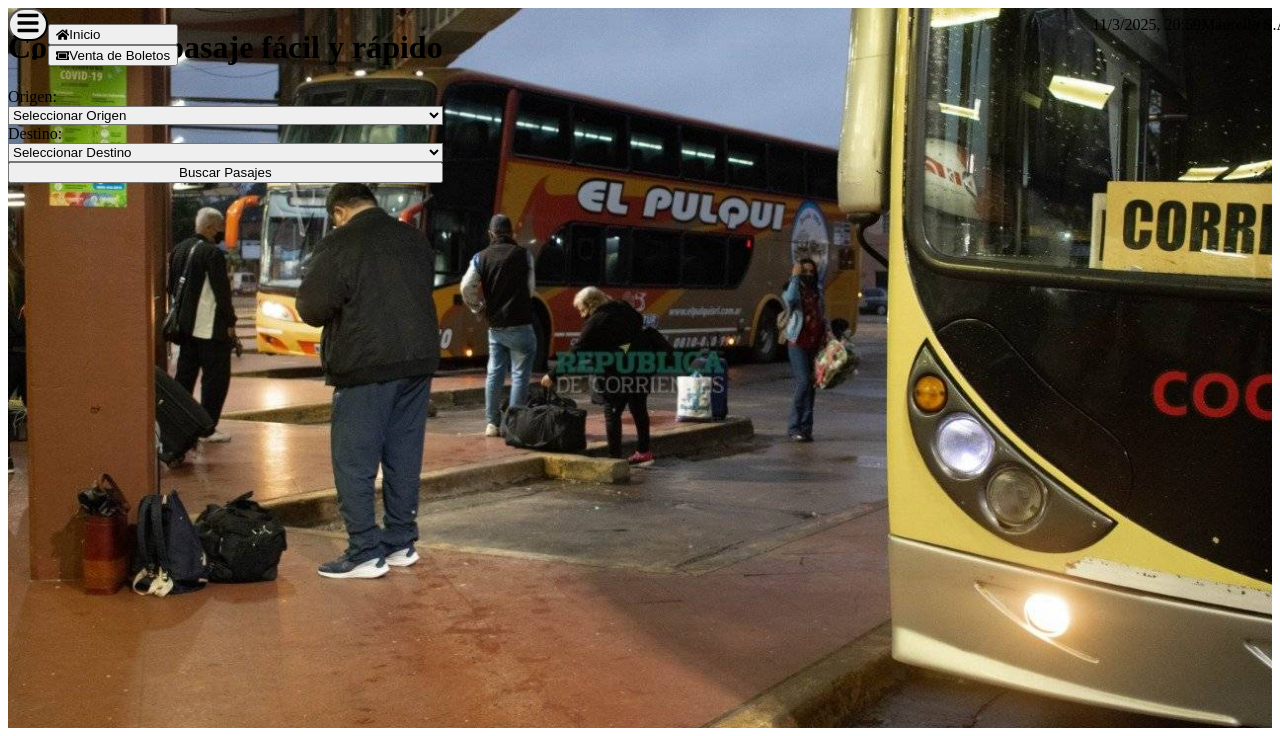
Repository: francoluca35/ventaboletos
Page: /ventaboleto
These files come from the project's save history. The page is drawn as it stood at one moment and after the next save; the edit follows.
The browser window is 1280 px wide. The pictures show the whole page.
The page's requests for data from a server got no answer. The project was rebuilt for these pictures with package versions that can differ from the ones it lists, and the page was loaded fresh each time. The framework's server and built-in components were replaced by stand-ins that run in the browser. No one was signed in, and anything a server would have sent is missing. Also part of the build but not shown: next.config.mjs.

Above is the page before, as saved 2025-03-17 16:47:20.

### src/app/layout.js
import { Geist, Geist_Mono } from "next/font/google";
import "./globals.css";
import "./style/tailwinds.css"
const geistSans = Geist({
  variable: "--font-geist-sans",
  subsets: ["latin"],
});

const geistMono = Geist_Mono({
  variable: "--font-geist-mono",
  subsets: ["latin"],
});

export const metadata = {
  title: "Create Next App",
  description: "Generated by create next app",
};

export default function RootLayout({ children }) {
  return (
    <html lang="en">
      <body
        className={`${geistSans.variable} ${geistMono.variable} antialiased`}
      >
        {children}
      </body>
    </html>
  );
}

### src/app/ventaboleto/page.js
"use client";

import { useState, useEffect } from "react";
import Sidebar from "@/app/components/Sidebar";
import axios from "axios";

export default function VentaBoleto() {
  const [origen, setOrigen] = useState("");
  const [destino, setDestino] = useState("");
  const [fechaDesde, setFechaDesde] = useState("");
  const [fechaHasta, setFechaHasta] = useState("");
  const [pasajes, setPasajes] = useState([]);
  const [origenesDisponibles, setOrigenesDisponibles] = useState([]);
  const [destinosDisponibles, setDestinosDisponibles] = useState([]);

  useEffect(() => {
    axios.get("http://localhost:5000/api/tickets")
      .then(response => {
        setPasajes(response.data);
        setOrigenesDisponibles([...new Set(response.data.map(ticket => ticket.origen))]);
        setDestinosDisponibles([...new Set(response.data.map(ticket => ticket.destino))]);
      })
      .catch(error => console.error("Error cargando viajes:", error));
  }, []);

  const buscarPasajes = () => {
    const resultados = pasajes.filter(ticket =>
      (origen ? ticket.origen.includes(origen) : true) &&
      (destino ? ticket.destino.includes(destino) : true) &&
      (!fechaDesde || new Date(ticket.fechaDesde) >= new Date(fechaDesde)) &&
      (!fechaHasta || new Date(ticket.fechaHasta) <= new Date(fechaHasta))
    );
    setPasajes(resultados);
  };

  return (
    <div className="relative w-full h-screen bg-cover bg-center" style={{ backgroundImage: "url('/Assets/fondo-pasajes.jpg')" }}>
      <Sidebar />
      <div className="absolute inset-0 bg-black bg-opacity-50 flex flex-col justify-center items-center">
        <h1 className="text-white text-4xl font-bold mb-6">Compra tu pasaje fácil y rápido</h1>

        <div className="bg-white p-6 rounded-lg shadow-lg w-full max-w-2xl">
          <div className="grid grid-cols-1 md:grid-cols-2 gap-4">
            <div>
              <label className="block text-gray-700">Origen:</label>
              <select className="w-full p-2 border rounded" value={origen} onChange={(e) => setOrigen(e.target.value)}>
                <option value="">Seleccionar Origen</option>
                {origenesDisponibles.map((origen, index) => (
                  <option key={index} value={origen}>{origen}</option>
                ))}
              </select>
            </div>

            <div>
              <label className="block text-gray-700">Destino:</label>
              <select className="w-full p-2 border rounded" value={destino} onChange={(e) => setDestino(e.target.value)}>
                <option value="">Seleccionar Destino</option>
                {destinosDisponibles.map((destino, index) => (
                  <option key={index} value={destino}>{destino}</option>
                ))}
              </select>
            </div>
          </div>

          <button onClick={buscarPasajes} className="w-full bg-blue-600 text-white p-3 rounded mt-4">Buscar Pasajes</button>
        </div>
      </div>
    </div>
  );
}

### src/app/components/Sidebar.js
"use client";
import { useState, useEffect } from "react";
import { useRouter } from "next/navigation";
import { FaBars, FaTimes, FaHome, FaTicketAlt } from "react-icons/fa";

const Sidebar = () => {
  const [isOpen, setIsOpen] = useState(false);
  const [time, setTime] = useState(new Date());
  const router = useRouter();

  // Actualizar la hora cada segundo
  useEffect(() => {
    const interval = setInterval(() => {
      setTime(new Date());
    }, 1000);
    return () => clearInterval(interval);
  }, []);

  // Formatear la hora
  const formatTime = (date) => {
    return date.toLocaleTimeString("es-ES", { hour: "2-digit", minute: "2-digit" });
  };

  const formatDate = (date) => {
    return date.toLocaleDateString("es-ES", {  day: "numeric", month: "numeric", year:"numeric" });
  };

  const handleNavigation = (path) => {
    setIsOpen(false);
    router.push(path);
  };

  return (
    <div>
      {/* Header Fijo */}
      <div className="fixed top-0 left-0 w-full bg-cyan-700 text-black shadow-md flex justify-between items-center p-4 z-50">
        {/* Botón de Menú */}
        <button
          onClick={() => setIsOpen(!isOpen)}
          className="text-white bg-red-600 p-3 rounded-full"
        >
          {isOpen ? <FaTimes size={24} /> : <FaBars size={24} />}
        </button>

        {/* Nombre de Empresa y Hora */}
        <div className="flex items-center space-x-4 text-white">
          <span className="text-md font-medium">{formatDate(time)}, {formatTime(time)}</span>
          <span className="font-semibold text-lg">Maurello S.A</span>
        </div>
      </div>

      {/* Sidebar Desplegable */}
      <div
        className={`fixed top-0 left-0 h-full w-64 bg-gray-300 text-black shadow-lg transition-transform ${
          isOpen ? "translate-x-0" : "-translate-x-64"
        } z-40`}
      >
        {/* Opciones de Navegación */}
        <ul className="mt-20 space-y-4">
          <li className="px-4 py-2 hover:bg-gray-500 cursor-pointer">
            <button onClick={() => handleNavigation("/")} className="flex items-center gap-2 w-full text-left">
              <FaHome /> Inicio
            </button>
          </li>
          <li className="px-4 py-2 hover:bg-gray-500 cursor-pointer">
            <button onClick={() => handleNavigation("/ventaboleto")} className="flex items-center gap-2 w-full text-left">
              <FaTicketAlt /> Venta de Boletos
            </button>
          </li>
        </ul>
      </div>
    </div>
  );
};

export default Sidebar;

Loaded but not shown: src/app/globals.css (common file); src/app/style/tailwinds.css (common file)

After the next save:
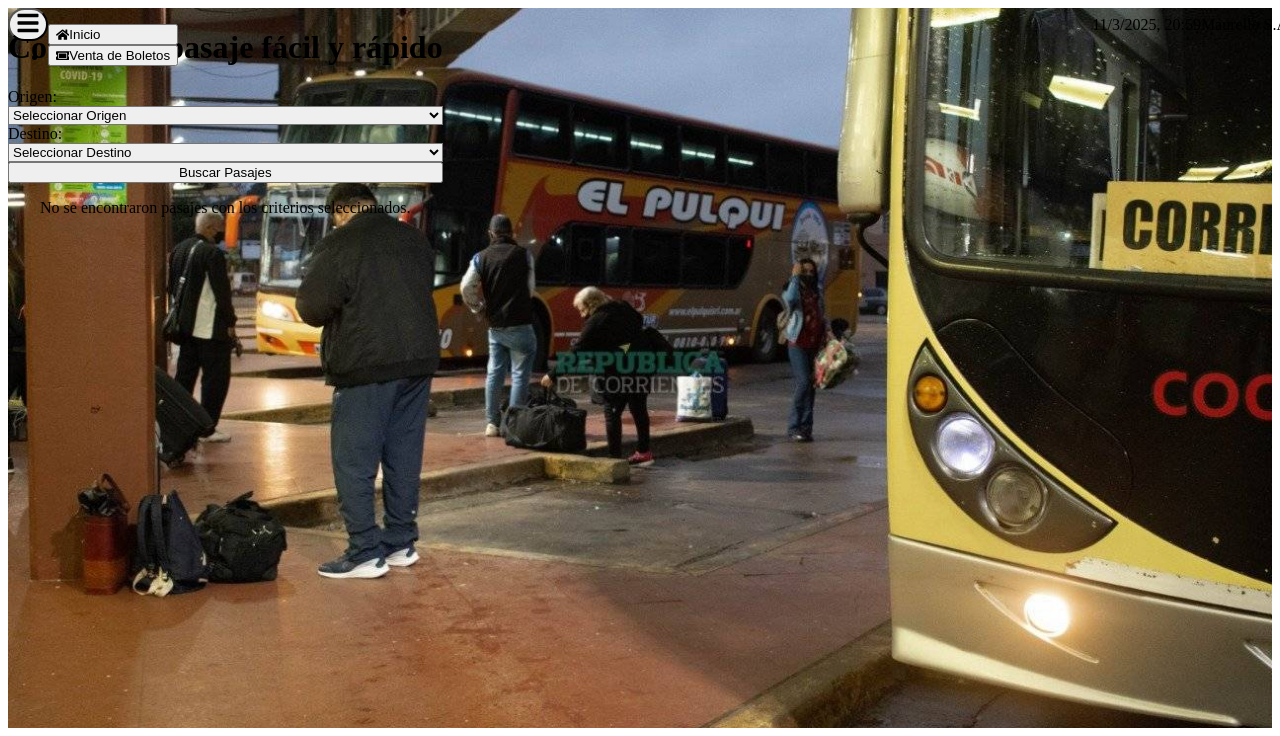
Saved 11 min 16 s later.
--- a/src/app/ventaboleto/page.js
+++ b/src/app/ventaboleto/page.js
@@ -7,30 +7,34 @@
 export default function VentaBoleto() {
   const [origen, setOrigen] = useState("");
   const [destino, setDestino] = useState("");
+  const [horario, setHorario] = useState("");
   const [fechaDesde, setFechaDesde] = useState("");
   const [fechaHasta, setFechaHasta] = useState("");
   const [pasajes, setPasajes] = useState([]);
   const [origenesDisponibles, setOrigenesDisponibles] = useState([]);
   const [destinosDisponibles, setDestinosDisponibles] = useState([]);
+  const [resultados, setResultados] = useState([]);
 
   useEffect(() => {
-    axios.get("http://localhost:5000/api/tickets")
-      .then(response => {
+    axios
+      .get("http://localhost:5000/api/tickets")
+      .then((response) => {
         setPasajes(response.data);
         setOrigenesDisponibles([...new Set(response.data.map(ticket => ticket.origen))]);
         setDestinosDisponibles([...new Set(response.data.map(ticket => ticket.destino))]);
       })
-      .catch(error => console.error("Error cargando viajes:", error));
+      .catch((error) => console.error("Error cargando viajes:", error));
   }, []);
 
   const buscarPasajes = () => {
-    const resultados = pasajes.filter(ticket =>
-      (origen ? ticket.origen.includes(origen) : true) &&
-      (destino ? ticket.destino.includes(destino) : true) &&
+    const resultadosFiltrados = pasajes.filter(ticket =>
+      (origen ? ticket.origen === origen : true) &&
+      (destino ? ticket.destino === destino : true) &&
       (!fechaDesde || new Date(ticket.fechaDesde) >= new Date(fechaDesde)) &&
-      (!fechaHasta || new Date(ticket.fechaHasta) <= new Date(fechaHasta))
+      (!fechaHasta || new Date(ticket.fechaHasta) <= new Date(fechaHasta)) &&
+      (horario ? ticket.horario === horario : true) // Filtra por horario
     );
-    setPasajes(resultados);
+    setResultados(resultadosFiltrados);
   };
 
   return (
@@ -41,6 +45,7 @@
 
         <div className="bg-white p-6 rounded-lg shadow-lg w-full max-w-2xl">
           <div className="grid grid-cols-1 md:grid-cols-2 gap-4">
+            {/* ORIGEN */}
             <div>
               <label className="block text-gray-700">Origen:</label>
               <select className="w-full p-2 border rounded" value={origen} onChange={(e) => setOrigen(e.target.value)}>
@@ -51,6 +56,7 @@
               </select>
             </div>
 
+            {/* DESTINO */}
             <div>
               <label className="block text-gray-700">Destino:</label>
               <select className="w-full p-2 border rounded" value={destino} onChange={(e) => setDestino(e.target.value)}>
@@ -60,9 +66,46 @@
                 ))}
               </select>
             </div>
+
+            {/* HORARIO (se muestra solo si ya se eligió origen y destino) */}
+            {origen && destino && (
+              <div className="col-span-2">
+                <label className="block text-gray-700">Horario de Salida:</label>
+                <select className="w-full p-2 border rounded" value={horario} onChange={(e) => setHorario(e.target.value)}>
+                  <option value="">Seleccionar Horario</option>
+                  <option value="mañana">Mañana</option>
+                  <option value="tarde">Tarde</option>
+                </select>
+              </div>
+            )}
           </div>
 
+          {/* BOTÓN DE BÚSQUEDA */}
           <button onClick={buscarPasajes} className="w-full bg-blue-600 text-white p-3 rounded mt-4">Buscar Pasajes</button>
+
+          {/* RESULTADOS */}
+          <div className="mt-6">
+            {resultados.length > 0 ? (
+              <div>
+                <h2 className="text-gray-800 font-bold mb-4">Resultados Encontrados:</h2>
+                <ul className="space-y-4">
+                  {resultados.map((ticket, index) => (
+                    <li key={index} className="p-4 border rounded shadow flex justify-between items-center bg-gray-100">
+                      <div>
+                        <p><strong>Origen:</strong> {ticket.origen}</p>
+                        <p><strong>Destino:</strong> {ticket.destino}</p>
+                        <p><strong>Horario:</strong> {ticket.horario}</p>
+                        <p><strong>Precio:</strong> ${ticket.precio}</p>
+                      </div>
+                      <button className="bg-green-600 text-white p-2 rounded">Comprar Pasaje</button>
+                    </li>
+                  ))}
+                </ul>
+              </div>
+            ) : (
+              <p className="text-red-600 text-center mt-4">No se encontraron pasajes con los criterios seleccionados.</p>
+            )}
+          </div>
         </div>
       </div>
     </div>
